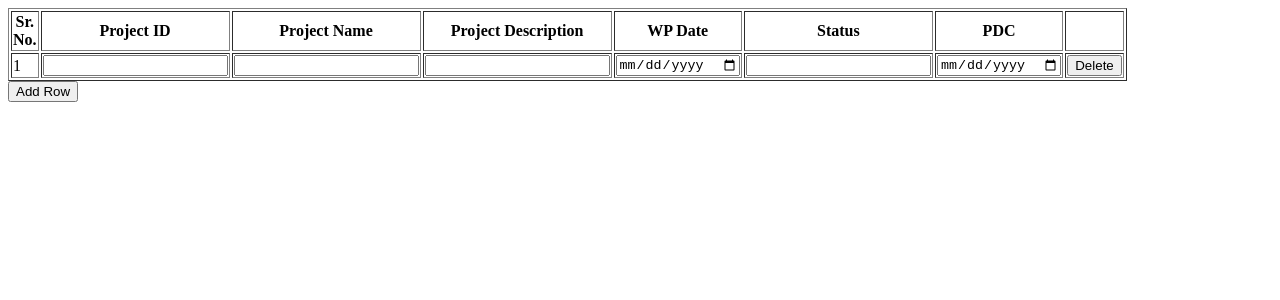
Repository: AdarshK062/BasicServlet
Page: http://localhost/Project1/index2.jsp
The author's editor kept a copy of each file at every save. The page is drawn from the files as they stood at one save, then again after the next save.
The browser window is 1280 px wide. The pictures show the whole page.
The page is served by Tomcat 9.

Above is the page before, as saved 2021-03-28 20:48:26.

After the next save:
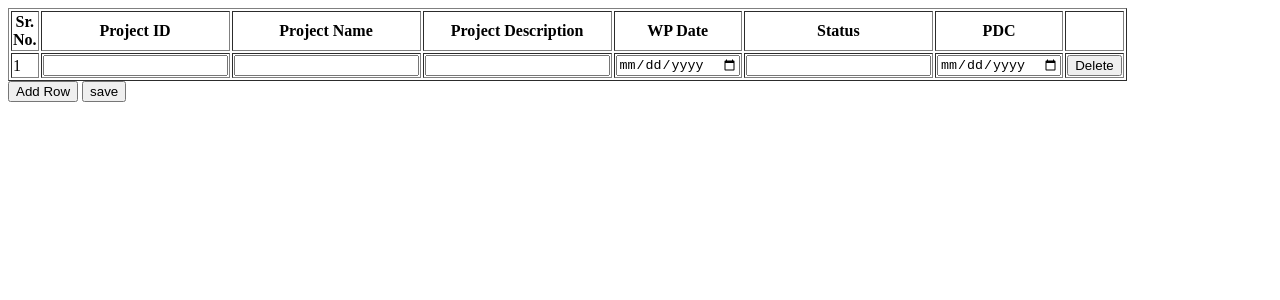
Saved 115 s later.
--- a/Project1/WebContent/index2.jsp
+++ b/Project1/WebContent/index2.jsp
@@ -115,7 +115,8 @@ DBConnect db=(DBConnect)s.getAttribute("db");
 				<TD><input type="button" name="button1" value="Delete" onclick="removeRow('button1')"></TD>
 			</TR>
 		</TABLE>
+		<INPUT type="button" value="Add Row" onclick="addRow('dataTable')" />
+		<input type="submit" value="save"/>
 	</form>
-	<INPUT type="button" value="Add Row" onclick="addRow('dataTable')" />
 </body>
 </html>
